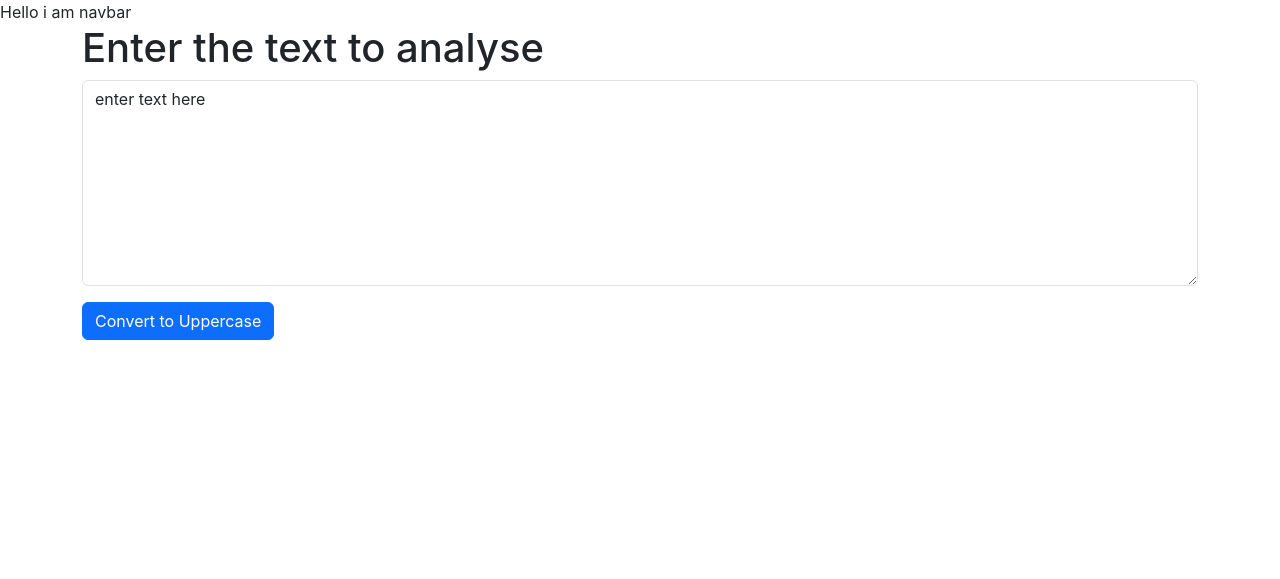
Repository: Aastha1035/React.navbar
Page: /
An editor plug-in stored every save of this project. The page is shown before and after a run of saves, followed by the edit.
The browser window is 1280 px wide. The pictures show the whole page.
The project was rebuilt for these pictures with package versions that can differ from the ones it lists, and the page was loaded fresh each time. Also part of the build but not shown: src/App.css.

Above is the page before, as saved 2024-07-17 12:13:02.

After the next 3 saves:
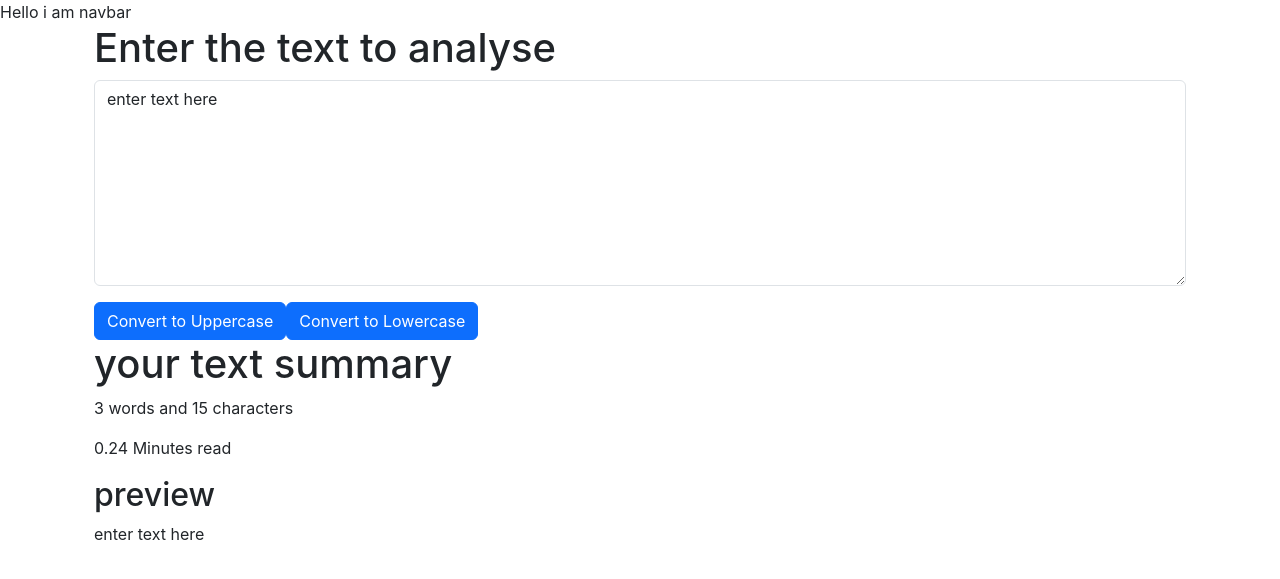
The 3 saves are shown as one change because 2 did not build or start.
The last was saved 22 min 22 s later.
--- a/src/components/Textform.js
+++ b/src/components/Textform.js
@@ -12,14 +12,32 @@ export default function Textform(props) {
         //console.log("handle onchange");
         setText(event.target.value)
     }
+    const handleLoclick= ()=>{
+        //console.log("handle onchange");
+        let newText = text.toLowerCase();
+        setText(newText)
+    }
     const [text, setText] = useState("enter text here");
   return (
-    <div>
-        <h1>{props.heading}</h1>
-      <div className="mb-3">
-      <textarea className="form-control" value={text} onChange={handleOnchange} id="mybox" rows="8"></textarea>
-     </div>
-     <button className="btn btn-primary" onclick={handleUpclick}>Convert to  Uppercase</button>
-</div>
+    <>
+    <div className="container">
+       <h1>{props.heading}</h1>
+       <div className="mb-3">
+       <textarea className="form-control" value={text} onChange={handleOnchange} id="mybox" rows="8"></textarea>
+    </div>
+    <button className="btn btn-primary" onclick={handleUpclick}>Convert to  Uppercase</button>
+    <button className="btn btn-primary" onclick={handleLoclick}>Convert to  Lowercase</button>
+    </div>
+    <div className="container">
+        <h1>your text summary</h1>
+        <p>{text.split(" ").length} words and {text.length} characters</p>
+        <p>{0.08 * text.split(" ").length} Minutes read</p>
+        <h2>preview</h2>
+        <p>{text}</p>
+    </div>
+
+</>
+
+
   )
 }
